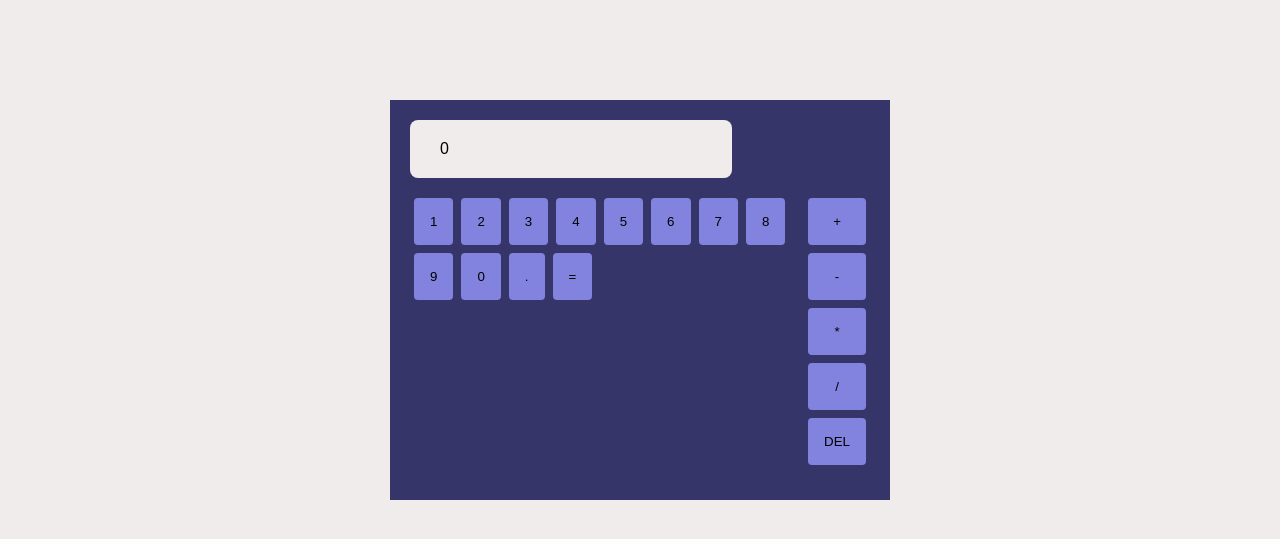
Repository: Bishek666/simple-calculator
Page: /
An editor plug-in stored every save of this project. The page is shown before and after the next save, followed by the edit.
The browser window is 1280 px wide. The pictures show the whole page.
The project was rebuilt for these pictures with package versions that can differ from the ones it lists, and the page was loaded fresh each time.

Above is the page before, as saved 2021-10-20 17:51:08.

After the next save:
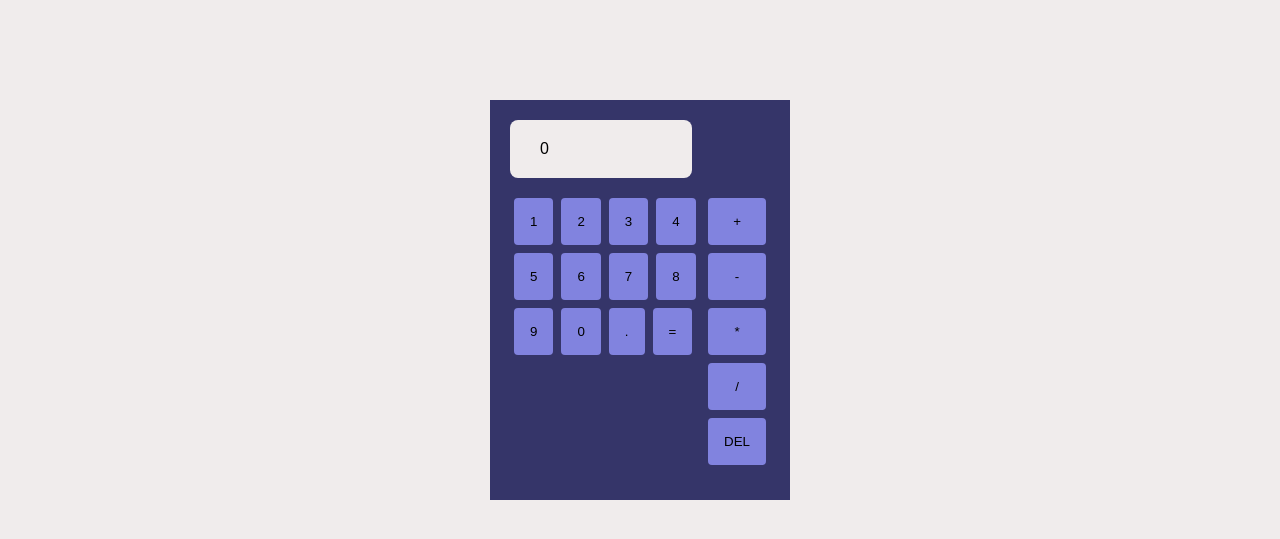
Saved 14 s later.
--- a/src/index.css
+++ b/src/index.css
@@ -32,7 +32,7 @@ button {
     justify-content: start;
     background-color: var(--primary);
     height: 400px;
-    width: 500px;
+    width: 300px;
     margin: 100px auto;
     padding: 20px;
 }
